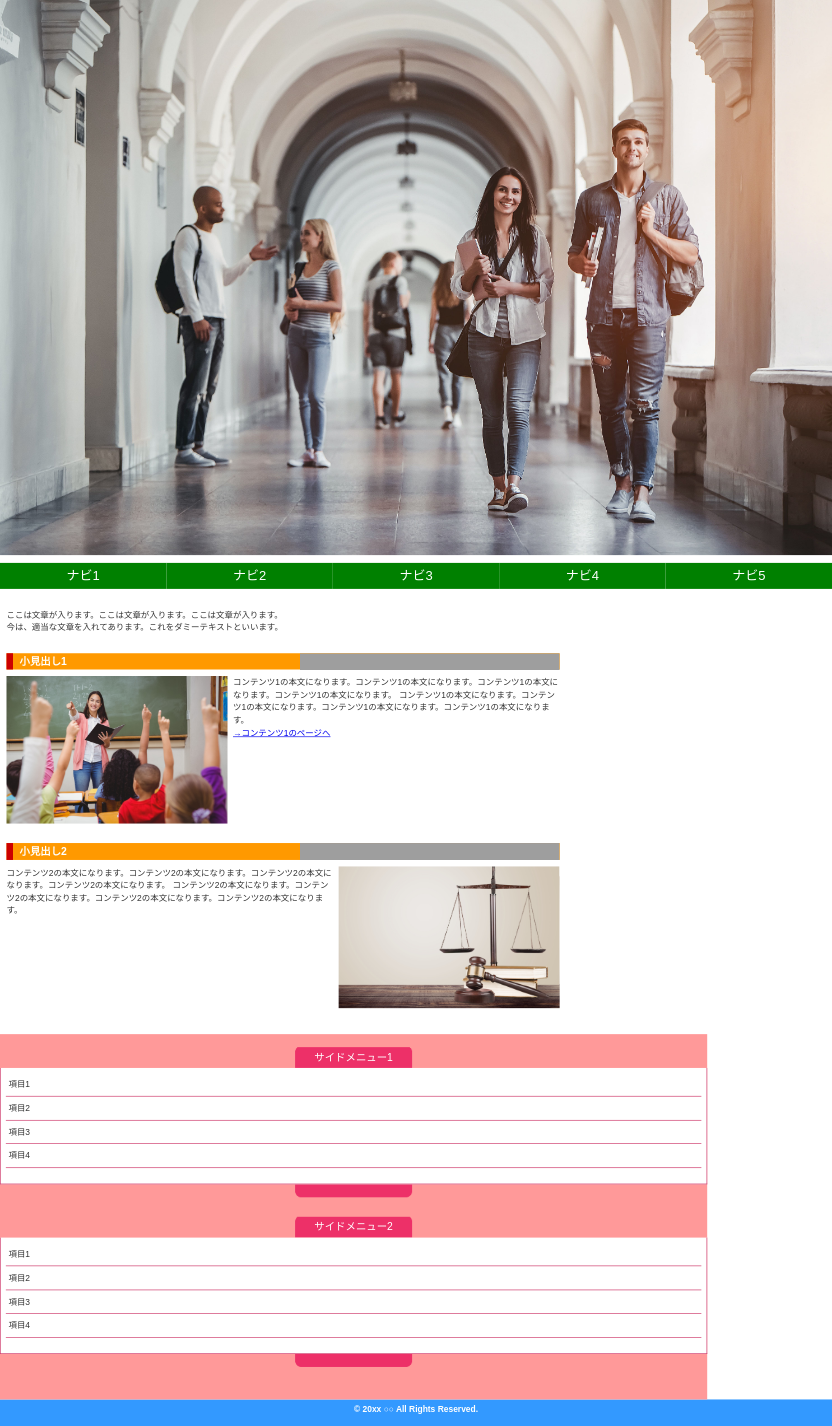
Repository: muu888/samurai_HTML-CSS
Page: index.html
The author's editor kept a record of every edit. The page is drawn from the files as they stood at one moment, then again after the next edit.
The browser window is 1280 px wide. The pictures show the whole page, at 65% of full size.
Pictures or frames that could not be fetched are drawn as grey boxes.

Above is the page before.

After the next edit:
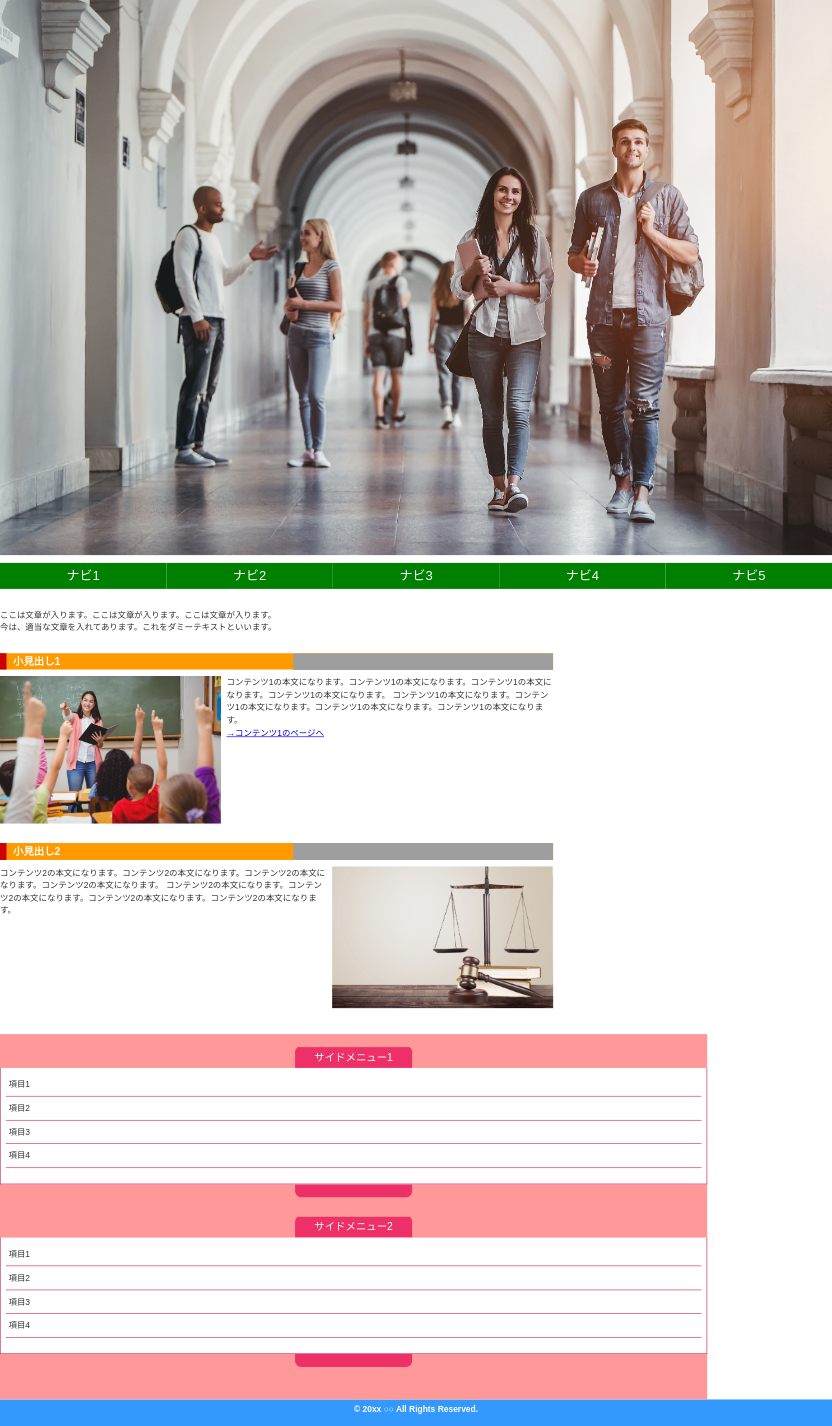
The edit:
--- a/stylesheet/stylesheet.css
+++ b/stylesheet/stylesheet.css
@@ -87,7 +87,7 @@
 /* -------------------- main -------------------- */
 #main {
 	width: 95%;
-	padding: 10px 30px 10px 10px;
+	padding: 10px 0;
 }
 #main h2 {
 	margin: 0 0 10px 0;
